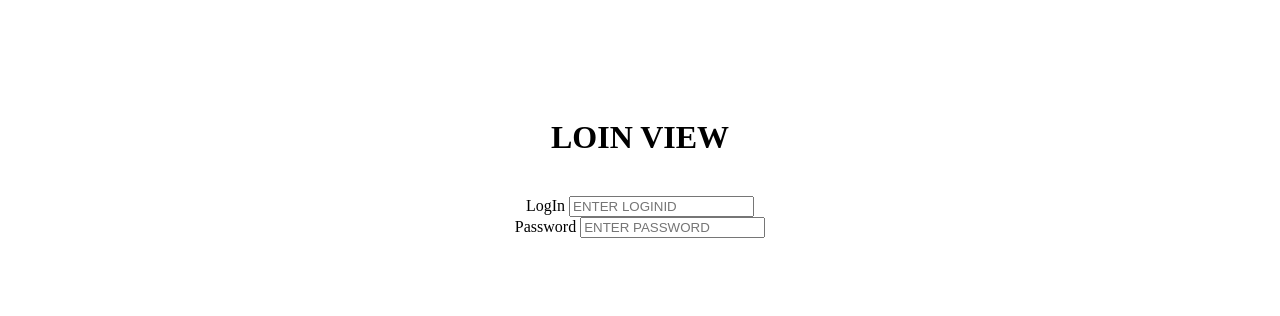
Repository: paras7974/project03practical
Page: http://localhost/proj003/LoginView.jsp
An editor plug-in stored every save of this project. The page is shown before and after the next save, followed by the edit.
The browser window is 1280 px wide. The pictures show the whole page.
The page is served by Tomcat 9.

Above is the page before, as saved 2023-11-29 10:28:25.

After the next save:
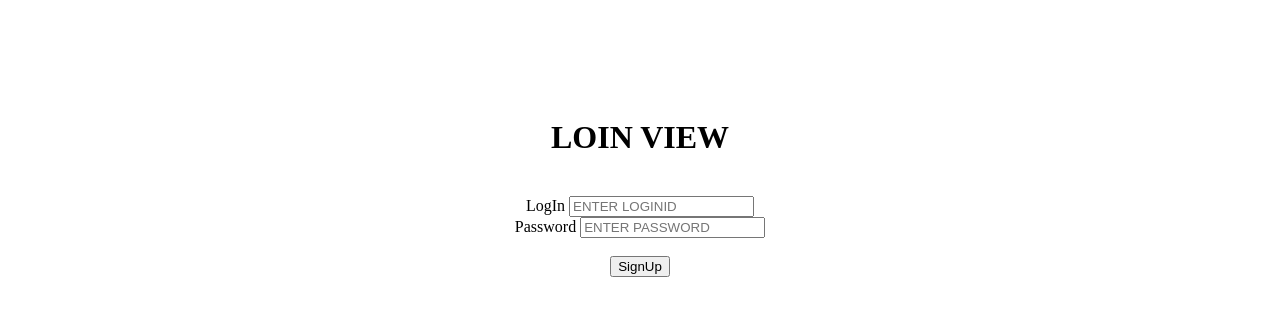
Saved 7 min 3 s later.
--- a/project3prac/proj003/src/main/webapp/LoginView.jsp
+++ b/project3prac/proj003/src/main/webapp/LoginView.jsp
@@ -25,7 +25,9 @@
 
         </div>
 
-        <br> <div class="text-center"">
+        <br> <div class="text-center">
+
+          <input type="submit" name = operation value = SignUp>
         </div>
 
 
